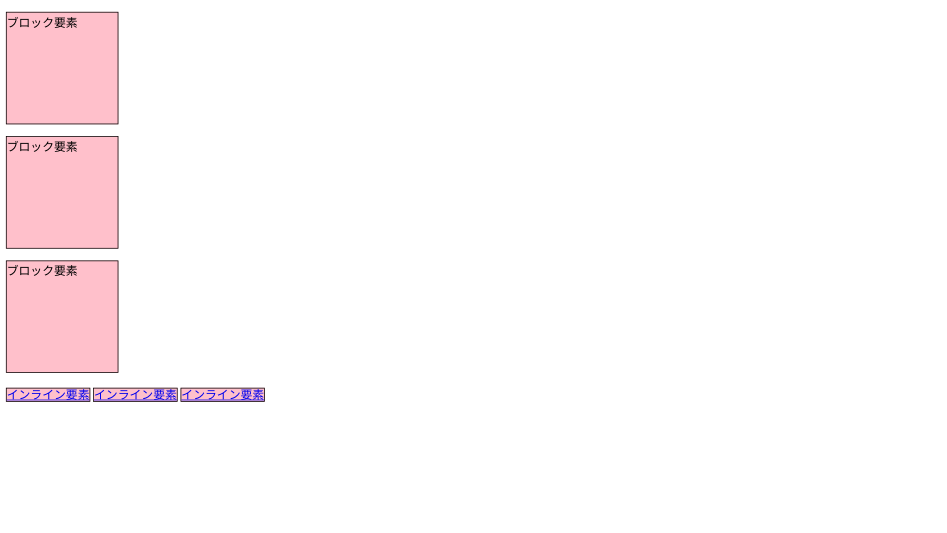
Repository: syokaturyou/potepan
Page: index4.html
The author's editor kept a record of every edit. The page is drawn from the files as they stood at one moment, then again after the next edit.
The browser window is 1280 px wide. The pictures show the whole page, at 74% of full size.

Above is the page before.

After the next edit:
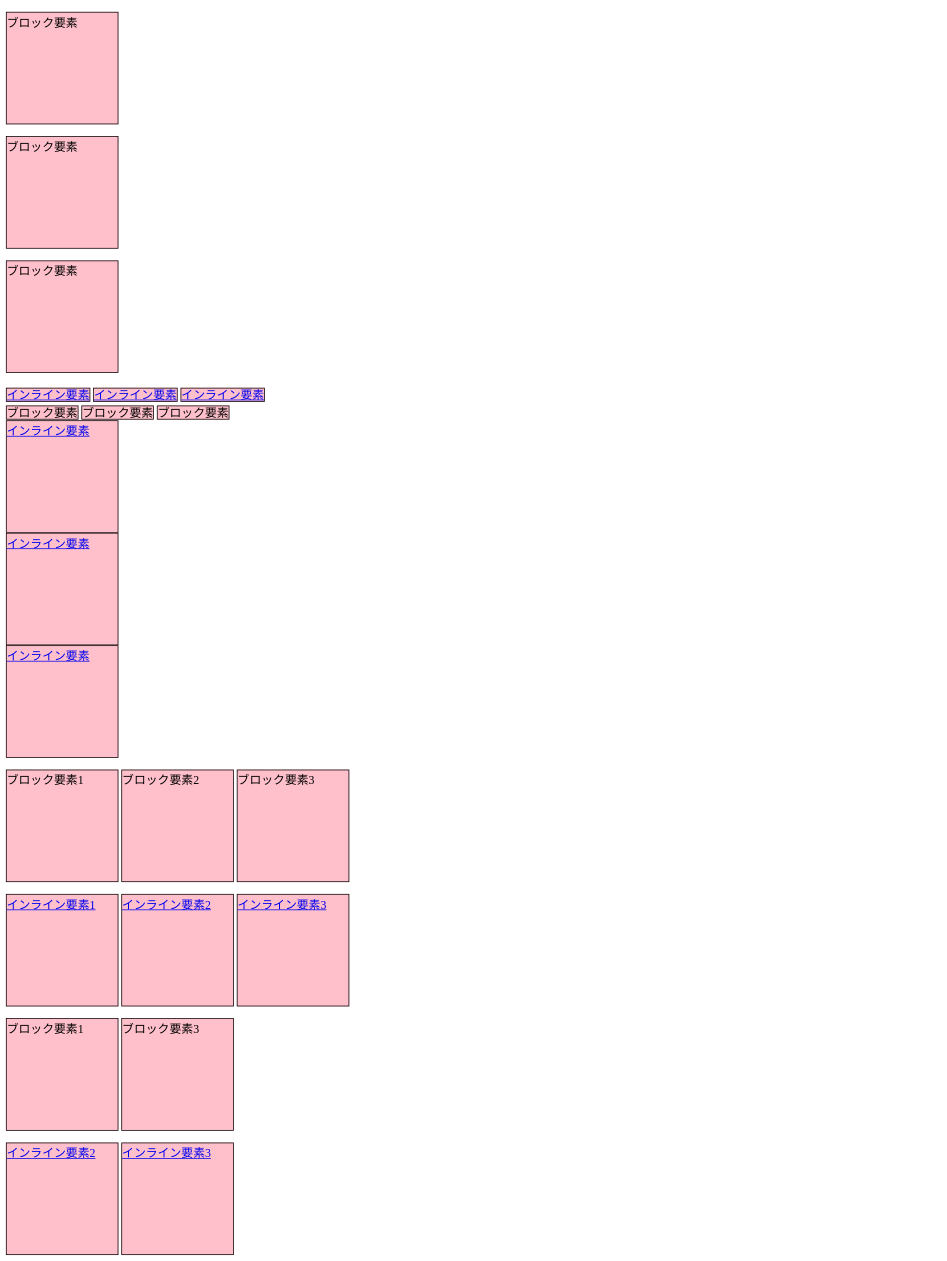
The edit:
--- a/index4.html
+++ b/index4.html
@@ -20,5 +20,41 @@
     </div>
 
 
+   <div>
+      <p class="block_sampleB">ブロック要素</p>
+      <p class="block_sampleB">ブロック要素</p>
+      <p class="block_sampleB">ブロック要素</p>
+    </div>
+
+    <div>
+      <a href="#" class="inline_sampleB">インライン要素</a>
+      <a href="#" class="inline_sampleB">インライン要素</a>
+      <a href="#" class="inline_sampleB">インライン要素</a>
+    </div>
+
+     <div>
+      <p class="block_sampleC">ブロック要素1</p>
+      <p class="block_sampleC">ブロック要素2</p>
+      <p class="block_sampleC">ブロック要素3</p>
+    </div>
+
+    <div>
+      <a href="#" class="inline_sampleC">インライン要素1</a>
+      <a href="#" class="inline_sampleC">インライン要素2</a>
+      <a href="#" class="inline_sampleC">インライン要素3</a>
+    </div>
+
+    <div>
+      <p class="block_sampleC">ブロック要素1</p>
+      <p class="block_sampleC hide">ブロック要素2</p> <!-- hideクラスを追加 -->
+      <p class="block_sampleC">ブロック要素3</p>
+    </div>
+
+    <div>
+      <a href="#" class="inline_sampleC hide">インライン要素1</a> <!-- hideクラスを追加 -->
+      <a href="#" class="inline_sampleC">インライン要素2</a>
+      <a href="#" class="inline_sampleC">インライン要素3</a>
+    </div>
+
 </body>
 </html>
